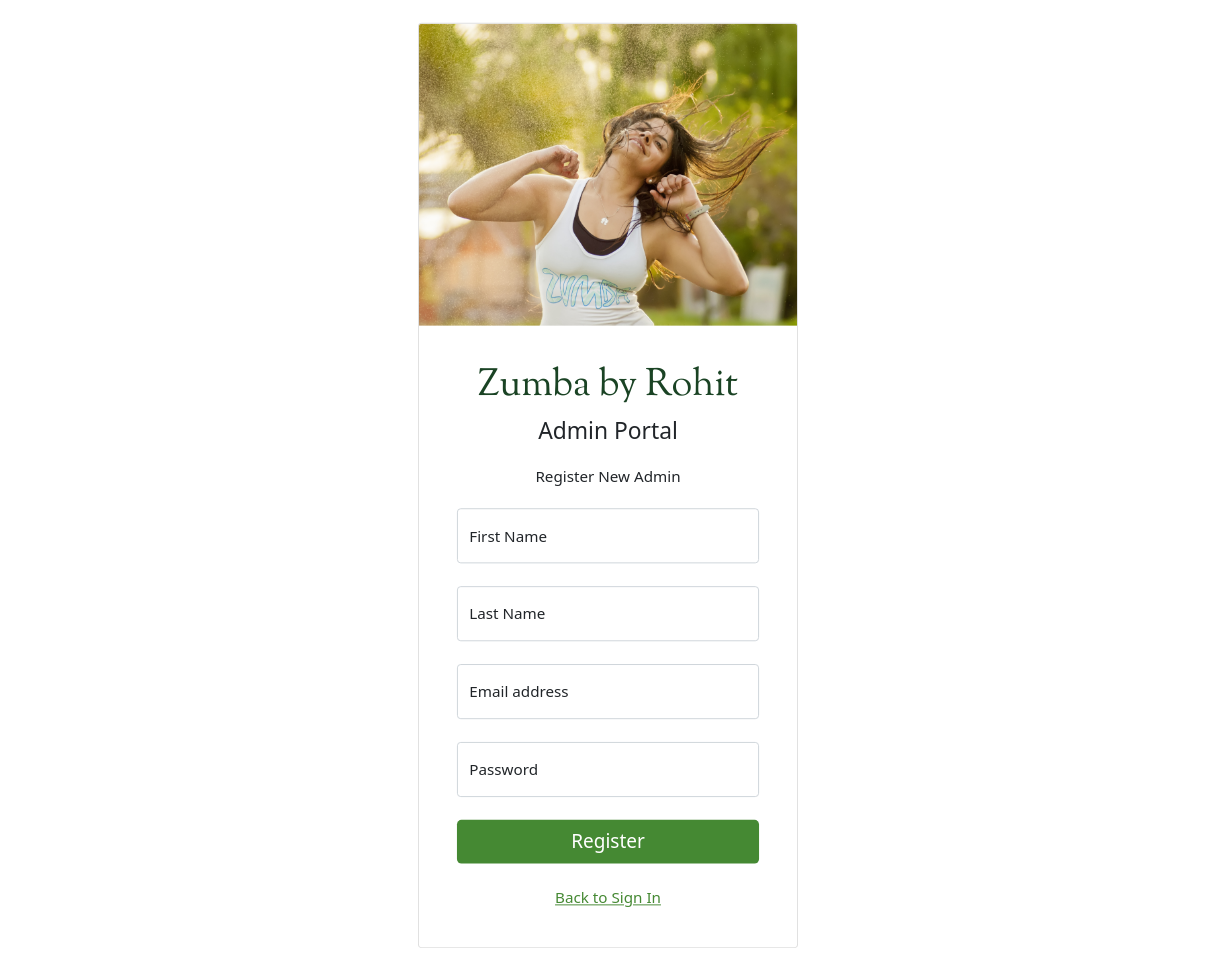
Repository: ronetteguevara/CalTech-ZumbaApp
Page: http://localhost/ZumbaApp/register.html
The author's editor kept a copy of each file at every save. The page is drawn from the files as they stood at one save, then again after the next save.
The browser window is 1280 px wide. The pictures show the whole page, at 95% of full size.
The page is served by Tomcat 10. Other server files are loaded and not shown.

Above is the page before, as saved 2024-05-01 02:29:06.

### ZumbaApp/ZumbaApp/src/main/webapp/register.html
<!DOCTYPE html>
<html>
<head>
<meta charset="UTF-8">
<title>Register</title>
<link rel="stylesheet" href="css/bootstrap.css"></link>
<link rel="stylesheet" href="style.css"></link>
</head>
<body>
<body class="gradient-background">
	<div class="my-4 d-flex justify-content-center col-xl-12 col-lg-12 col-md-12 col-sm-12 col-12" data-new-gr-c-s-check-loaded="14.1169.0" data-gr-ext-installed="">
	<main class="form-signin d-flex justify-content-center">
	<form action="Front" method="post">
		<div class="card" style="width: 25rem;">
			<img src="assets/Registration.png" class="card-img-top" alt="...">
		<div class="card-body text-center">
			<h1 class="mt-4 mb-2 fw-normal text-center">Zumba by Rohit</h1>
			<h4 class="mb-4 fw-normal text-center">Admin Portal</h4>
			<h6 class="mb-4 fw-normal text-center">Register New Admin</h6>
			<div class="form-floating mx-4 my-4">
				<input type="text" name="txtFName" class="form-control input" id="floatingInput" placeholder="John">
				<label for="floatingInput">First Name</label>
			</div>
			<div class="form-floating mx-4 my-4">
				<input type="text" name="txtLName" class="form-control input" id="floatingInput" placeholder="Smith">
				<label for="floatingInput">Last Name</label>
			</div>
			<div class="form-floating mx-4 my-4">
				<input type="email" name="txtEmail" class="form-control input" id="floatingInput" placeholder="name@example.com">
				<label for="floatingInput">Email address</label>
			</div>

			<div class="form-floating mx-4 my-4">
				<input type="password" name="txtPassword" class="form-control input" id="floatingPassword" placeholder="Password">
				<label for="floatingPassword">Password</label>
			</div>

			<div class="form-floating mx-4 my-4">
				<input type="hidden" name="txtType" value="register" id="hidden">
			</div>

			<div class="mx-4 my-4">
			<button class="w-100 btn btn-lg btn-primary button" type="submit">Register</button>
			</div>
			<div class="my-4">
			<a href="index.html">Back to Sign In</a>
			</div>
		</div>
		</div>
    </form>
    </main>
    </div>
</html>

### ZumbaApp/ZumbaApp/src/main/webapp/style.css
@charset "UTF-8";

.button {
  background-color: #458933;
  border: none;
}

.button:hover {
  background-color: #82c360;
}

a {
  color: #458933;
}

a:hover {
 color: #82c360;
}

a:visited {
  color: #1a4324;
}

h1 {
	font-family: Sorts-Mill-Goudy-Regular;
	color: #1a4324;
}

@font-face {
  font-family: "Sorts-Mill-Goudy-Italic";
  src: url(/assets/Fonts/SortsMillGoudy-Italic.ttf);
}

@font-face {
  font-family: "Sorts-Mill-Goudy-Regular";
  src: url(/assets/Fonts/SortsMillGoudy-Regular.ttf);
}

.gradient-background {
  background: linear-gradient(0deg, #74d3ae, #678d58, #a6c48a; #f6e7cb; #dd9787);
  background-size: 1000% 1000%;

  -webkit-animation: AnimationName 8s ease infinite;
  -moz-animation: AnimationName 8s ease infinite;
  animation: AnimationName 8s ease infinite;
}

@-webkit-keyframes AnimationName {
  0%{background-position:0% 35%}
  50%{background-position:100% 66%}
  100%{background-position:0% 35%}
}
@-moz-keyframes AnimationName {
  0%{background-position:0% 35%}
  50%{background-position:100% 66%}
  100%{background-position:0% 35%}
}
@keyframes AnimationName {
  0%{background-position:0% 35%}
  50%{background-position:100% 66%}
  100%{background-position:0% 35%}

}

Loaded but not shown: ZumbaApp/ZumbaApp/src/main/webapp/css/bootstrap.css (library)

After the next save:
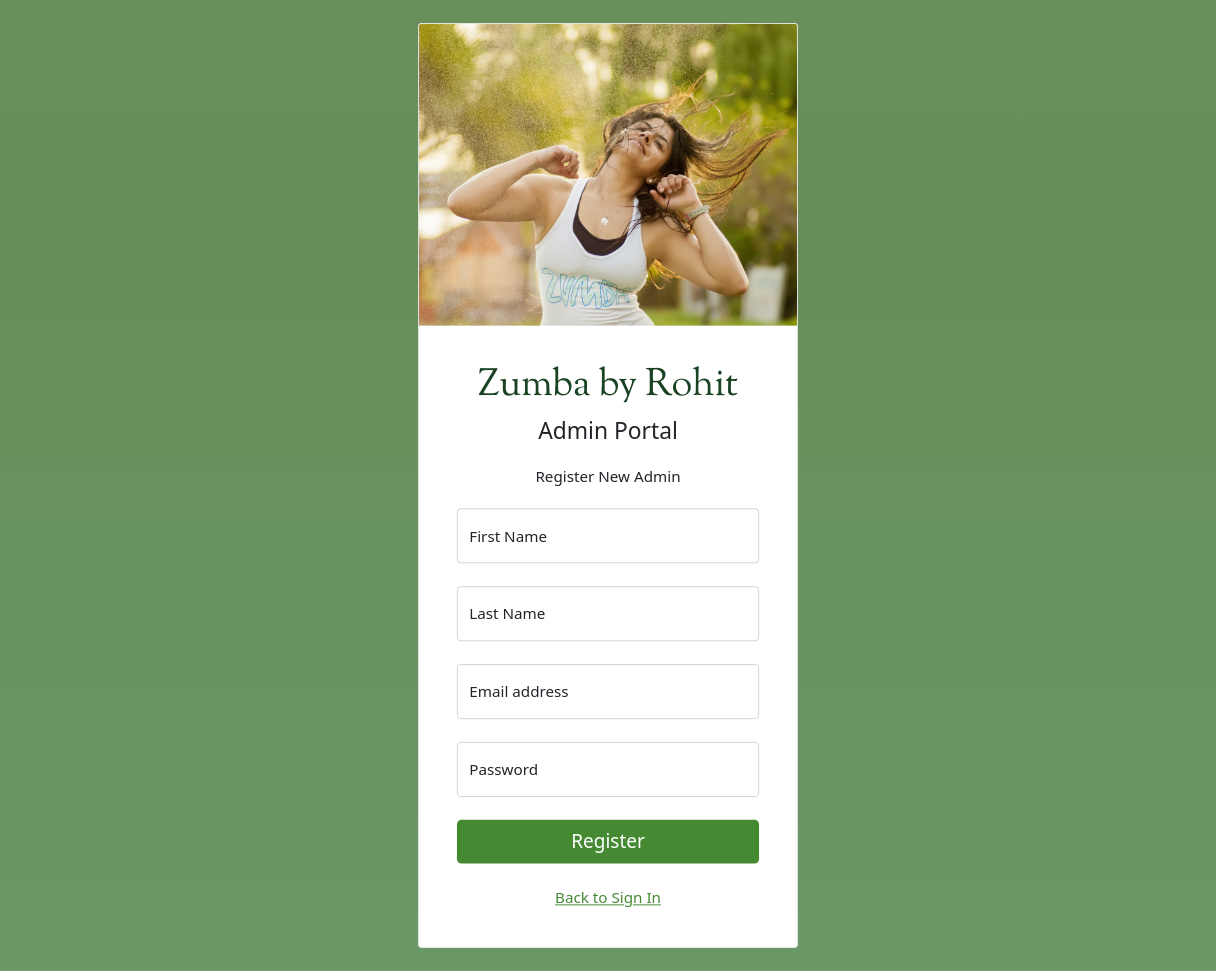
Saved 25 s later.
--- a/ZumbaApp/ZumbaApp/src/main/webapp/style.css
+++ b/ZumbaApp/ZumbaApp/src/main/webapp/style.css
@@ -37,7 +37,7 @@ h1 {
 }
 
 .gradient-background {
-  background: linear-gradient(0deg, #74d3ae, #678d58, #a6c48a; #f6e7cb; #dd9787);
+  background: linear-gradient(0deg, #74d3ae, #678d58, #a6c48a);
   background-size: 1000% 1000%;
 
   -webkit-animation: AnimationName 8s ease infinite;
